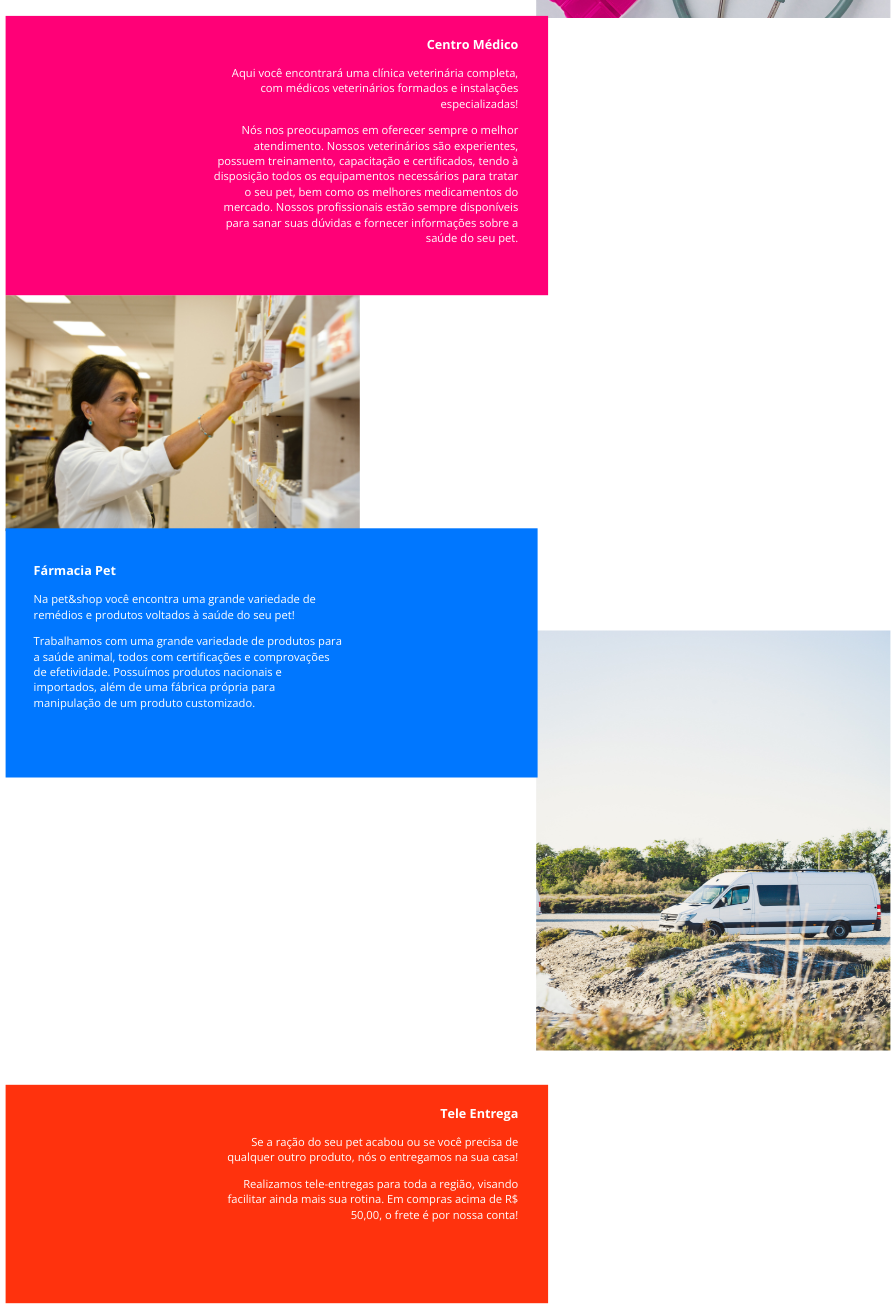
Repository: Iluiscarlos/Projeto-Site-PetShop
Page: Services.html
The author's editor kept a copy of each file at every save. The page is drawn from the files as they stood at one save, then again after the next save.
The browser window is 1280 px wide. The pictures show the part of the page from y = 1214 to 3134 px (the page is 3084 px tall before and 3134 px after), at 70% of full size.
Some web libraries are served in a nearby version.

Above is the page before, as saved 2022-04-26 21:30:47.

### Services.html
<!DOCTYPE html>
<html lang="pt-BR">
<head>
  <meta charset="UTF-8">
  <meta name="viewport" content="width=device-width, initial-scale=1.0">
  <meta http-equiv="X-UA-Compatible" content="ie=edge">
  <title>pet&shop</title>
  <script src="https://kit.fontawesome.com/2c48374459.js" crossorigin="anonymous"></script>
  <link rel="preconnect" href="https://fonts.googleapis.com">
  <link rel="preconnect" href="https://fonts.gstatic.com" crossorigin>
  <link href="https://fonts.googleapis.com/css2?family=Open+Sans:wght@400;500;600;700&display=swap" rel="stylesheet">

<style>
    header {
      display: flex;
      align-items: center;
      justify-content: space-between;
      padding: 0 20px;
      position: fixed;
      top: 0;
      left: 0;
      right: 0;
      background-color: #ffffff;
      height: 80px;
      box-shadow: 0 5px 1em #cecece;
    }

    .brand-name {
      color: #ff0077;
      margin-right: 20px;
      font-family: 'Open Sans', sans-serif;
    }

    .brand-name a {
      color: inherit;
      text-decoration: none;
      width: 16px;
    }

    .font {
      font-family: 'Open Sans', sans-serif;
      font-weight: 100;
      font-size: medium;
    }

    .logo{
      width: 200px;
      height: 150px;
      padding-left: 150px;
    }

    .logo-about {
      width: 200px;
      height: 150px;
    }

    .navi {
      color: black;
      padding-right: 80px;
      justify-content: space-between;
      display: inline-block;
    }
    .navi a {
      color: black;
      font-family: 'Open Sans', sans-serif;
      font-weight: 600;
      padding-inline-start: 15px;
      text-decoration: none;
      height: 80px;
    }
    .navi a :visited{
      display: block;
      background-color: #ff0077;
    }

    .navi ::after{
      background-color: #ff0077;
    }

    .image-bath{
        width: 40%;
        height: 100%;
        display: inline-block;
        margin-right: 0px;
        margin-bottom: 5%;
        padding-top: 70px;
        float: left;
        background-color:#ffffff;
    }

    .discription-bath{
      width: 35%;
      height: 100%;
      display: inline-block;
      margin-top: 42px;
      padding-top: 50px;
      padding-right: 22%;
      padding-left: 40px;
      text-align: left;
      background-color: #ffffff;
    }

    .titulo-services {
        font-size: 18px;
        color: #ff0077;
    }

    .image-medical {
        width: 40%;
        display: inline-block;
        margin-top: -40px;
        margin-right: 0px;
        margin-bottom: 5%;
        padding-top: 40px;
        float: right;
    }

    .discription-medical {
      width: 35%;
      height: 100%;
      display: inline-block;
      margin-top: -66px;
      padding-top: 10px;
      padding-bottom: 55px;
      padding-right: 43px;
      padding-left: 290px;
      text-align: right;
      background-color:#ff0077;
      vertical-align: middle;
    }

    .text-bath{
      font-size: 16px;
    }

    .texts{
      font-size: 16px;
      color: #ffffff;
      font-weight: 100;
      font-style: normal;
      vertical-align: middle;
    }

    .discription-drugstore{
      width: 35%;
      height: 100%;
      display: inline-block;
      margin-top: -67px;
      padding-bottom: 80px;
      padding-top: 30px;
      padding-right: 22%;
      padding-left: 40px;
      text-align: left;
      background-color: #0077ff;
    }

    .image-drugstore{
        width: 40%;
        height: 100%;
        display: inline-block;
        margin-right: 0px;
        margin-bottom: 5%;
        float: left;
        background-color:#ffffff;
    }

    .discription-deliver {
      width: 35%;
      height: 100%;
      display: inline-block;
      margin-top: -66px;
      padding-top: 10px;
      padding-bottom: 100px;
      padding-right: 43px;
      padding-left: 290px;
      text-align: right;
      background-color:#ff320d;
      vertical-align: middle;
    }
    .image-deliver {
        width: 40%;
        height: 600px;
        display: inline-block;
        margin-top: -250px;
        margin-right: 0px;
        margin-bottom: 35px;
        padding-bottom: 80px;
        padding-top: 40px;
        float: right;
    }
</style>
</head>

<section class="font">
    <header>
        <img class="logo" id="home" src="logo-colored.svg"><a href="#banner"></a>
    <nav class="navi">
        <a href="Index.html">Home</a>
        <a href="#about">Sobre</a>
        <a href="products.html">Produtos</a>
        <a href="#service">Serviços</a>
        <a href="About.html">Fale conosco</a>
    </nav>
    </header>
<section id="service">
    <div>
        <img class="image-bath" src="bath-and-groom.jpg">
    <div class="discription-bath">
        <h3 class="titulo-services">Banho e tosa</h3>
        <p class="text-bath"><b>Dispomos de uma equipe especializada e treinada para realizar o banho e tosa do seu pet, com todo o cuidado necessário e com os melhores produtos do mercado!</b></p>
          <p class="text-bath">Na pet&shop, você tem a garantia de que seu pet será atendido com o mesmo carinho e atenção que você dá à ele. Todos nossos profissionais são muito bem qualificados e passam por constantes treinamentos, visando sempre entregar a melhor experiência para você e seu melhor amigo. Nossa infraestrutura é altamente profissional, contando com secadores, estações de trabalho individuais e produtos de alta qualidade.</p>
    </div>
    </div>
    <div>
        <img class="image-medical" src="medical-center.jpg">
    <div class="discription-medical">
        <h3 style="font-size: 18px; color: #ffffff;">Centro Médico</h3>
        <p class="texts">Aqui você encontrará uma clínica veterinária completa, com médicos veterinários formados e instalações especializadas!</p>
        <p class="texts">Nós nos preocupamos em oferecer sempre o melhor atendimento. Nossos veterinários são experientes, possuem treinamento, capacitação e certificados, tendo à disposição todos os equipamentos necessários para tratar o seu pet, bem como os melhores medicamentos do mercado. Nossos profissionais estão sempre disponíveis para sanar suas dúvidas e fornecer informações sobre a saúde do seu pet.</p>
    </div>
    </div>
    <div>
      <img class="image-drugstore" src="drugstore.jpg">
    <div class="discription-drugstore">
      <h3 style="font-size: 18px; color: #ffffff;">Fármacia Pet</h3>
      <p class="texts">Na pet&shop você encontra uma grande variedade de remédios e produtos voltados à saúde do seu pet!</p>
        <p class="texts">Trabalhamos com uma grande variedade de produtos para a saúde animal, todos com certificações e comprovações de efetividade. Possuímos produtos nacionais e importados, além de uma fábrica própria para manipulação de um produto customizado.</p>
    </div>
    </div>
    <div>
      <img class="image-deliver" src="delivery.jpg">
      <div class="discription-deliver">
        <h3 style="font-size: 18px; color: #ffffff;">Tele Entrega</h3>
        <p class="texts">Se a ração do seu pet acabou ou se você precisa de qualquer outro produto, nós o entregamos na sua casa!</p>
          <p class="texts">Realizamos tele-entregas para toda a região, visando facilitar ainda mais sua rotina. Em compras acima de R$ 50,00, o frete é por nossa conta!</p>
      </div>
    </div>
</section>
</html>

After the next save:
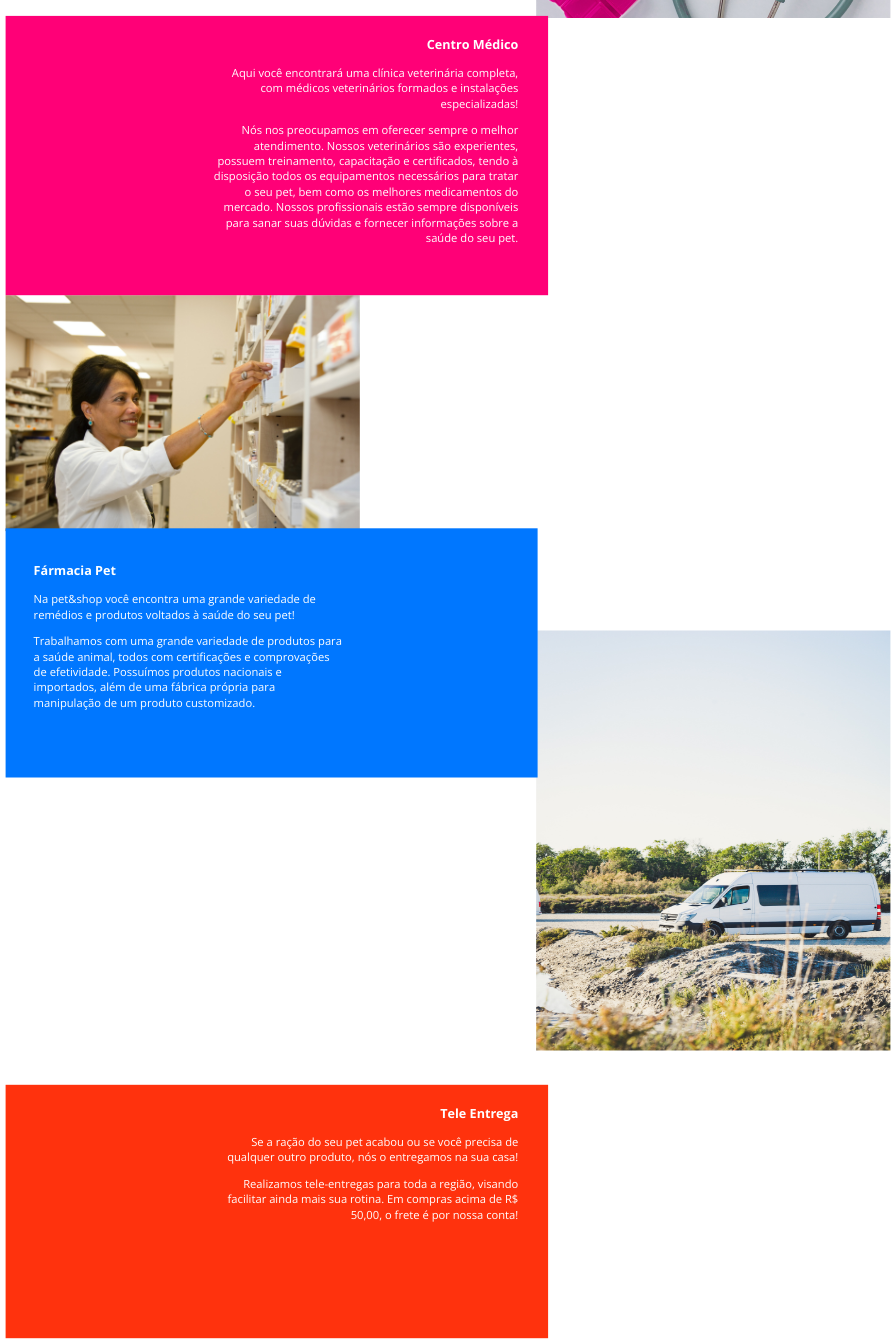
Saved 12 s later.
--- a/Services.html
+++ b/Services.html
@@ -170,7 +170,7 @@
       display: inline-block;
       margin-top: -66px;
       padding-top: 10px;
-      padding-bottom: 100px;
+      padding-bottom: 150px;
       padding-right: 43px;
       padding-left: 290px;
       text-align: right;
